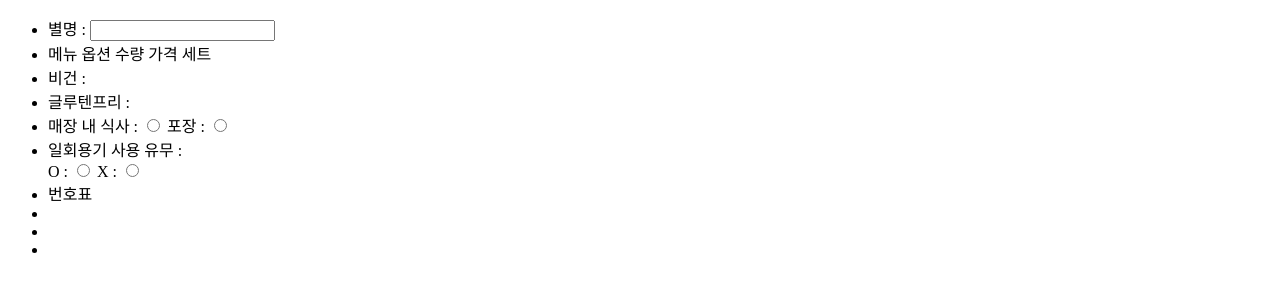
Repository: 1018lmh-hub/java_dynamic
Page: MyFirstWebProject/src/main/webapp/views/burger_request_get.html
The author's editor kept a copy of each file at every save. The page is drawn from the files as they stood at one save, then again after the next save.
The browser window is 1280 px wide. The pictures show the whole page.

Above is the page before, as saved 2026-05-04 08:45:56.

### MyFirstWebProject/src/main/webapp/views/burger_request_get.html
<!DOCTYPE html>
<html>
<head>
<meta charset="UTF-8">
<title>버거</title>
</head>
<body>

	<form method = "get" action="http://localhost:8088/first/second.do">
		<ul>
			<li>
				별명 : <input type = "text" name = "name"/>
			</li>
			<li>
				메뉴 옵션 수량 가격 세트
			</li>
			<li>
				비건 :
			</li>
			<li>
				글루텐프리 :
			</li>
			<li>
				매장 내 식사 : <input type="radio" name = "order" value= "매장"/>
				포장 : <input type="radio" name = "order" value="포장"/>
			</li>
			<li>
				일회용기 사용 유무 : <br>
				O : <input type="radio" name = "singleUse" value="O"/>
				X : <input type="radio" name = "singleUse" value="X"/>
			</li>
			<li>
				번호표
			</li>
			<li>

			</li>
			<li>

			</li>
			<li>

			</li>


		</ul>

	</form>



</body>
</html>

After the next save:
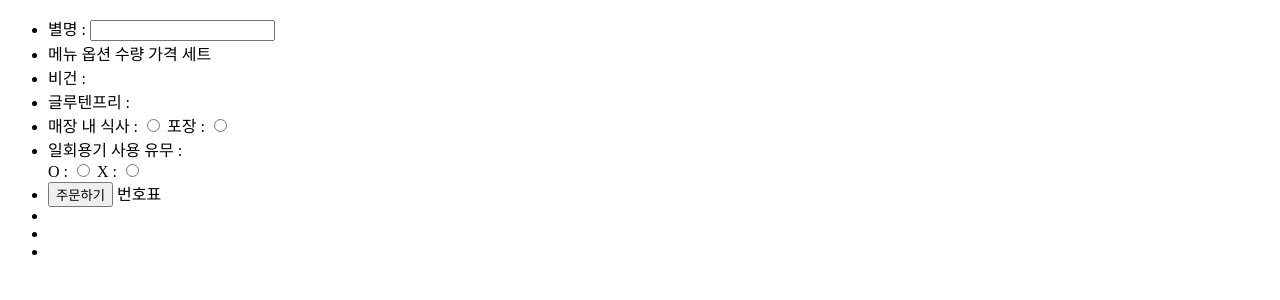
Saved 3 min 13 s later.
--- a/MyFirstWebProject/src/main/webapp/views/burger_request_get.html
+++ b/MyFirstWebProject/src/main/webapp/views/burger_request_get.html
@@ -30,6 +30,7 @@
 				X : <input type="radio" name = "singleUse" value="X"/>
 			</li>
 			<li>
+				<button onclick="num" type = "submit">주문하기</button>
 				번호표
 			</li>
 			<li>
